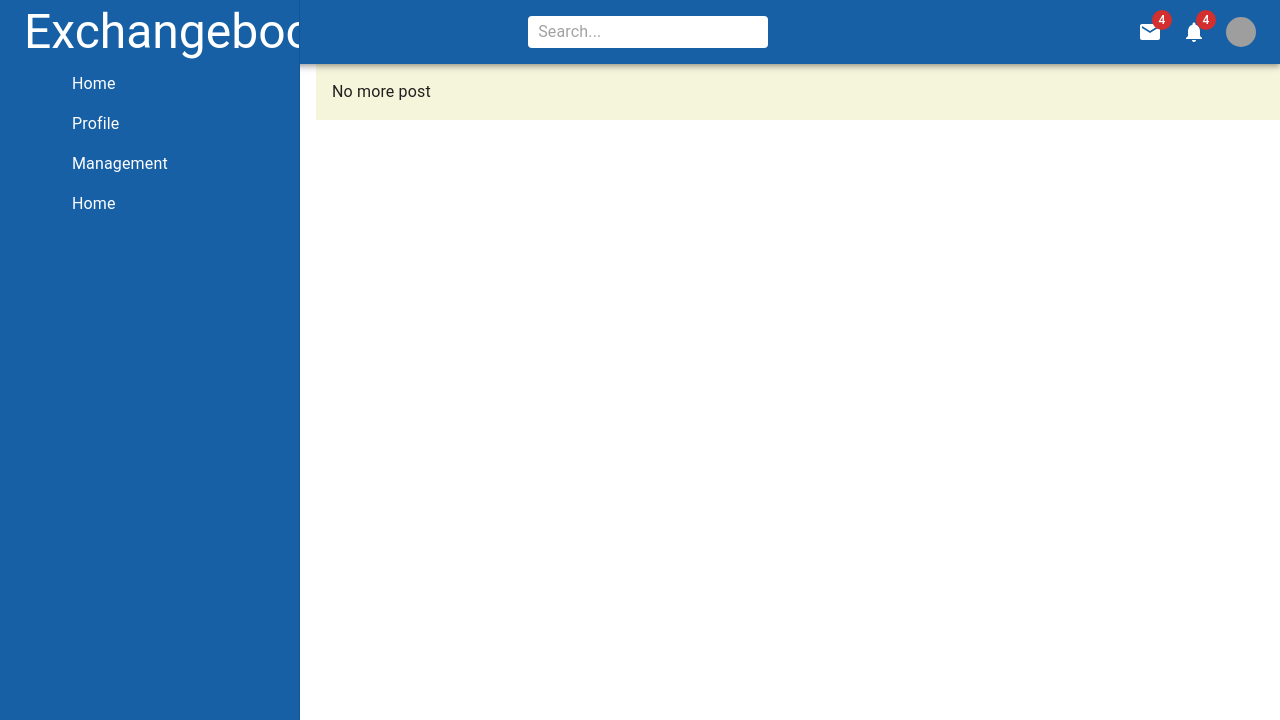
Repository: TrangPhuongLam07/exchangebookfrontend
Page: /
The author's editor kept a copy of each file at every save. The page is drawn from the files as they stood at one save, then again after the next save.
The browser window is 1280 px wide. The pictures show the whole page.
Pictures or frames that could not be fetched are drawn as grey boxes. The page's requests for data from a server got no answer. The project was rebuilt for these pictures with package versions that can differ from the ones it lists, and the page was loaded fresh each time. Some packages were replaced by stand-ins written for this rebuild. No one was signed in, and anything a server would have sent is missing. Also part of the build but not shown: craco.config.js, src/components/post/index.js. Imported but missing from the stored project, and not drawn on this page: src/pages/management/add-post, src/pages/management/update-post.

Above is the page before, as saved 2023-08-01 17:52:23.

### src/index.js
import ReactDOM from "react-dom/client";
import React from "react";
import config from "./config";
import App from "./App";
import { ThemeProvider } from "@mui/material";
import "./index.css";
const root = ReactDOM.createRoot(document.getElementById("root"));

root.render(
  <React.StrictMode>
    <ThemeProvider theme={config.theme}>
      <App />
    </ThemeProvider>
  </React.StrictMode>
);

### src/config/index.js
import routes from "./routes";
import theme from "./theme";
const config = {
  routes,
  theme,
};

export default config;

### src/App.js
import { ReactQueryDevtools } from "@tanstack/react-query-devtools";
import { QueryClient, QueryClientProvider } from "@tanstack/react-query";
import { privateRoutes, publicRoutes } from "~/routes";
import { Fragment, Suspense } from "react";
import { CssBaseline } from "@mui/material";
import { BrowserRouter as Router, Routes, Route } from "react-router-dom";
import { Toaster } from "react-hot-toast";
const queryClient = new QueryClient({
  defaultOptions: {
    queries: {
      refetchOnWindowFocus: false,
      refetchOnMount: false,
      refetchOnReconnect: false,
      retry: 1,
      staleTime: 5 * 1000,
    },
  },
});

function App() {
  return (
    <QueryClientProvider client={queryClient}>
      <CssBaseline />
      <Toaster
        toastOptions={{
          duration: 1500,
        }}
      />
      <Router>
        <Suspense fallback={<div>Loading...</div>}>
          <Routes>
            {publicRoutes.map((route, index) => {
              const Page = route.component;
              const Layout = route.layout || Fragment;
              return (
                <Route
                  key={index}
                  path={route.path}
                  element={
                    <Layout>
                      <Page />
                    </Layout>
                  }
                />
              );
            })}
            {privateRoutes.map((route, index) => {
              const Page = route.component;
              const Layout = route.layout || Fragment;
              const Role = route?.role;
              return (
                <Route
                  key={index}
                  path={route.path}
                  element={
                    <Layout>
                      <Page />
                    </Layout>
                  }
                />
              );
            })}
          </Routes>
        </Suspense>
      </Router>
      <ReactQueryDevtools initialIsOpen={false} />
    </QueryClientProvider>
  );
}

export default App;

### src/index.css
body {
  margin: 0;
  font-family: -apple-system, BlinkMacSystemFont, "Segoe UI", "Roboto", "Oxygen",
    "Ubuntu", "Cantarell", "Fira Sans", "Droid Sans", "Helvetica Neue",
    sans-serif;
  -webkit-font-smoothing: antialiased;
  -moz-osx-font-smoothing: grayscale;
}

code {
  font-family: source-code-pro, Menlo, Monaco, Consolas, "Courier New",
    monospace;
}
img {
  max-width: 100%;
  object-fit: cover;
}

### src/config/routes.js
const routes = {
  home: "/",
  management: {
    management: "/management",
    add: "/management/add",
    update: "/management/update/:id",
    transaction: "/management/transaction",
    profile: "/management/profile",
  },
};
export default routes;

### src/config/theme.js
import { createTheme } from "@mui/material";
const theme = createTheme({
  palette: {
    primary: {
      main: "#1760A5",
      light: "skyblue",
    },
    secondary: {
      main: "#15C630",
    },
  },
});
export default theme;

### src/routes/index.js
import config from "~/config";
import { lazy } from "react";

const HomePage = lazy(() => import("~/pages/home"));
const AddPostPage = lazy(() => import("~/pages/management/add-post"));
const UpdatePostPage = lazy(() => import("~/pages/management/update-post"));
const ManagementPage = lazy(() => import("~/pages/management"));
const TransactionPage = lazy(() => import("~/pages/management/transaction"));

const ProfilePage = lazy(() => import("~/pages/management/profile"));

const DetailPage = lazy(() => import("~/pages/detail"));

const DefaultLayout = lazy(() => import("~/layouts/default"));
const ManagementLayout = lazy(() => import("~/layouts/management"));
const DetailLayout = lazy(() => import("~/layouts/detail"));

const publicRoutes = [
  {
    path: config.routes.home,
    component: HomePage,
    layout: DefaultLayout,
  },
];
const privateRoutes = [
  {
    path: config.routes.management.management,
    component: ManagementPage,
    layout: ManagementLayout,
  },
  {
    path: config.routes.management.add,
    component: AddPostPage,
    layout: ManagementLayout,
  },
  {
    path: config.routes.management.update,
    component: UpdatePostPage,
    layout: ManagementLayout,
  },
  {
    path: config.routes.management.profile,
    component: ProfilePage,
    layout: ManagementLayout,
  },
  {
    path: config.routes.management.transaction,
    component: TransactionPage,
    layout: ManagementLayout,
  },
  {
    path: config.routes.detailPage,
    component: DetailPage,
    layout: ManagementLayout,
  },
];

export { publicRoutes, privateRoutes };

### src/pages/home/index.js
import { useInfiniteQuery } from "@tanstack/react-query";
import { useCallback, useEffect, useId, useRef, useState } from "react";
import Feed from "~/components/feed";
import Post from "~/components/post";
import { postService } from "~/services";
const HomePage = () => {
  const uuid = useId();
  const [lastPostId, setLastPostId] = useState();
  const { data, isFetchingNextPage, error, fetchNextPage, hasNextPage } =
    useInfiniteQuery({
      queryKey: ["posts"],
      queryFn: postService.getAll,
      getNextPageParam: (lastPage, allPages) => {
        return allPages.length < 3 && allPages.length + 1;
      },
      getPreviousPageParam: (firstPage, allPages) => firstPage.prevCursor,
    });
  const intObserver = useRef();
  const lastPostRef = useCallback(
    (post) => {
      if (isFetchingNextPage) return;
      intObserver.current && intObserver.current.disconnect();
      intObserver.current = new IntersectionObserver((post) => {
        if (post[0].isIntersecting && hasNextPage) fetchNextPage();
      });
      post && intObserver.current.observe(post);
    },
    [isFetchingNextPage, fetchNextPage, hasNextPage]
  );

  if (error) return <>Error: {error.message}</>;
  return (
    <Feed>
      {data?.pages.map((page) => {
        return page.map((post, i) => {
          // if (data?.pages.length - 1 === i) {
          //   return <Post key={uuid} ref={lastPostRef} post={post} />;
          // }
          return (
            <Post
              key={i}
              post={post}
              ref={data?.pages.length - 1 === i ? lastPostRef : null}
            />
          );
        });
      })}
      {!hasNextPage && "No more post"}
    </Feed>
  );
};

export default HomePage;

### src/layouts/default/index.js
import { Box, Stack } from "@mui/material";
import AddPostBtn from "~/components/buttons/add-btn";
import Header from "~/components/header";
import Sidebar from "~/components/sidebar";

const DefaultLayout = ({ children }) => {
  return (
    <Box>
      <Header />
      <Stack direction="row" spacing={2} justifyContent="space-between">
        <Sidebar />
        {children}
        {/* <Feed /> */}
      </Stack>
      <AddPostBtn />
    </Box>
  );
};

export default DefaultLayout;

### src/components/feed/index.js
import { Box } from "@mui/material";

const Feed = ({ children }) => {
  return (
    <Box bgcolor="beige" flex={5} p={2}>
      {children}
    </Box>
  );
};

export default Feed;

### src/services/index.js
export * as categoryService from "./categoryService";
export * as postService from "./postService";
export * as userService from "./userService";

### src/components/buttons/add-btn/index.js
import {
  Avatar,
  Box,
  Button,
  ButtonGroup,
  Fab,
  Modal,
  TextField,
  Tooltip,
  Typography,
  styled,
} from "@mui/material";
import { Add as AddIcon } from "@mui/icons-material";
import { useState } from "react";
const AddPostBtn = () => {
  const [open, setOpen] = useState(false);
  const handleClose = () => setOpen(false);

  const StyledModal = styled(Modal)({
    display: "flex",
    alignItems: "center",
    justifyContent: "center",
  });
  const UserBox = styled(Box)({
    display: "flex",
    alignItems: "center",
    gap: "10px",
    marginBottom: "20px",
  });
  return (
    <Box>
      <Tooltip
        onClick={() => setOpen(true)}
        title="Add post"
        sx={{
          position: "fixed",
          bottom: 20,
          left: { xs: "calc(50% - 25px)", md: 30 },
        }}
      >
        <Fab color="primary" aria-label="Add">
          <AddIcon />
        </Fab>
      </Tooltip>
      <StyledModal open={open} onClose={handleClose}>
        <Box width={500} height={350} p={3} borderRadius={4} bgcolor="white">
          <Typography variant="h6" color="gray" textAlign="center">
            Create post
          </Typography>
          <UserBox>
            <Avatar
              src="https://source.unsplash.com/random"
              sx={{ width: 30, height: 30 }}
            />
            <Typography fontWeight={500} variant="span">
              Kienthuc
            </Typography>
          </UserBox>
          <TextField
            multiline
            rows={4}
            placeholder="What's in your mind"
            variant="standard"
            sx={{
              width: "100%",
            }}
          />
          <ButtonGroup fullWidth variant="contained" sx={{ marginTop: 3 }}>
            <Button>Post</Button>
          </ButtonGroup>
        </Box>
      </StyledModal>
    </Box>
  );
};

export default AddPostBtn;

### src/components/header/index.js
import { Pets, Mail, Notifications } from "@mui/icons-material";
import {
  AppBar,
  Typography,
  Box,
  Toolbar,
  InputBase,
  Badge,
  styled,
  Avatar,
  Menu,
  MenuItem,
} from "@mui/material";
import { useState } from "react";
import { useNavigate } from "react-router-dom";

const Header = () => {
  const [open, setOpen] = useState(false);
  const navigate = useNavigate();
  const handleToggle = () => {
    setOpen(!open);
  };

  const StyledToobar = styled(Toolbar)({
    display: "flex",
    justifyContent: "space-between",
  });
  const Search = styled("div")(({ theme }) => ({
    background: "white",
    padding: "0 10px",
    borderRadius: theme.shape.borderRadius,
  }));
  const Icons = styled(Box)(({ theme }) => ({
    display: "none",
    alignItems: "center",
    gap: "20px",
    [theme.breakpoints.up("sm")]: {
      display: "flex",
    },
  }));
  const UserBox = styled(Box)(({ theme }) => ({
    display: "flex",
    alignItems: "center",
    gap: "10px",
    [theme.breakpoints.up("sm")]: {
      display: "none",
    },
  }));
  return (
    <AppBar position="sticky">
      <StyledToobar>
        <Typography
          variant="h6"
          sx={{
            display: { xs: "none", sm: "block" },
          }}
        >
          ExchangeBook
        </Typography>
        <Pets
          sx={{
            display: { xs: "block", sm: "none" },
          }}
        />
        <Search>
          <InputBase placeholder="Search..." />
        </Search>
        <Icons>
          <Badge badgeContent={4} color="error">
            <Mail />
          </Badge>
          <Badge badgeContent={4} color="error">
            <Notifications />
          </Badge>
          <Avatar
            sx={{ width: 30, height: 30 }}
            src="https://source.unsplash.com/random"
            onClick={handleToggle}
          />
        </Icons>
        <UserBox onClick={handleToggle}>
          <Avatar
            sx={{ width: 30, height: 30 }}
            src="https://source.unsplash.com/random"
          />
        </UserBox>
        <Menu
          id="menu"
          aria-aria-labelledby="demo"
          open={open}
          onClose={() => setOpen(false)}
          anchorOrigin={{
            vertical: "top",
            horizontal: "right",
          }}
          transformOrigin={{
            vertical: "top",
            horizontal: "right",
          }}
        >
          <MenuItem
            onClick={() => navigate("/management/profile", { replace: true })}
          >
            Profile
          </MenuItem>
          <MenuItem>My account</MenuItem>
          <MenuItem>Logout</MenuItem>
        </Menu>
      </StyledToobar>
    </AppBar>
  );
};

export default Header;

### src/components/sidebar/index.js
import { Home, ModeNight } from "@mui/icons-material";
import {
  Box,
  List,
  ListItem,
  ListItemIcon,
  ListItemText,
  Switch,
  styled,
  Drawer,
  ListItemButton,
  Toolbar,
  Stack,
  Typography,
} from "@mui/material";
import { Link } from "react-router-dom";
import theme from "~/config/theme";
const Sidebar = () => {
  const StyledLink = styled(Link)({
    display: "flex",
    alignItems: "center",
    width: "100%",
    padding: "10px 20px",
    rowGap: 5,
  });

  return (
    // <Box
    //   flex={1}
    //   position="relative"
    //   p={2}
    //   sx={{
    //     display: { xs: "none", sm: "block" },
    //   }}
    // >
    //   <Box position="fixed" width={1 / 8}>
    //     <List>
    //       <ListItem>
    //         <StyledLink to="/">
    //           <ListItemIcon>
    //             <Home />
    //           </ListItemIcon>
    //           <ListItemText primary="Home" />
    //         </StyledLink>
    //       </ListItem>
    //       <ListItem>
    //         <StyledLink to="/management">
    //           <ListItemIcon>
    //             <Home />
    //           </ListItemIcon>
    //           <ListItemText primary="Management" />
    //         </StyledLink>
    //       </ListItem>
    //       <ListItem>
    //         <StyledLink to="/management/add">
    //           <ListItemIcon>
    //             <Home />
    //           </ListItemIcon>
    //           <ListItemText primary="Add" />
    //         </StyledLink>
    //       </ListItem>
    //       <ListItem>
    //         <StyledLink to="/management/transaction">
    //           <ListItemIcon>
    //             <Home />
    //           </ListItemIcon>
    //           <ListItemText primary="Transaction" />
    //         </StyledLink>
    //       </ListItem>
    //       <ListItem>
    //         <ListItemIcon>
    //           <ModeNight />
    //           <Switch />
    //         </ListItemIcon>
    //       </ListItem>
    //     </List>
    //   </Box>
    // </Box>
    <Drawer
      variant="permanent"
      sx={{
        width: 300,
        flexShrink: 0,
        "& .MuiDrawer-paper": {
          width: 300,
          boxSizing: "border-box",
          backgroundColor: theme.palette.primary.main,
          color: "white",
        },
      }}
    >
      <List disablePadding>
        <Toolbar>
          <Stack
            sx={{
              width: "100%",
              direction: "row",
              justifyContent: "center",
              textAlign: "center",
            }}
          >
            <Typography variant="h3">Exchangebook</Typography>
          </Stack>
        </Toolbar>
        <ListItemButton>
          <ListItemIcon></ListItemIcon>
          Home
        </ListItemButton>
        <ListItemButton>
          <ListItemIcon></ListItemIcon>
          Profile
        </ListItemButton>
        <ListItemButton>
          <ListItemIcon></ListItemIcon>
          Management
        </ListItemButton>
        <ListItemButton>
          <ListItemIcon></ListItemIcon>
          Home
        </ListItemButton>
      </List>
    </Drawer>
  );
};

export default Sidebar;

### src/services/categoryService.js
import httpRequest from "~/utils/httpRequest";

export const findById = async (id) => {
  try {
    const res = await httpRequest.get(`/posts/${id}`);
    return res.data;
  } catch (error) {
    console.log(error);
  }
};
export const findAll = async () => {
  try {
    const res = await httpRequest.get("/categories");
    return res.data;
  } catch (error) {
    console.log(error);
  }
};

### src/services/postService.js
import httpRequest from "~/utils/httpRequest";
const REQUEST = "/posts";

export const create = async (data) =>
  httpRequest.post(REQUEST, data, {
    headers: {
      "Content-Type": "multipart/form-data",
    },
  });
export const getOne = async (id) => {
  try {
    const res = await httpRequest.get(REQUEST + `/${id}`);
    return res.data;
  } catch (error) {}
};
export const getAll = async ({ pageParam = 1 }, page = 1) => {
  console.log(pageParam, page);
  try {
    const res = await httpRequest.get(
      `${REQUEST}?page=${page}&size=${pageParam}`
    );
    return res.data.postsResponses;
  } catch (error) {
    console.log(error);
  }
};
export const updateOne = async (id, data) => {
  try {
    const res = await httpRequest.put(`${REQUEST}/${id}`, data, {
      headers: {
        "Content-Type": "multipart/form-data",
      },
    });
    return res.data;
  } catch (error) {
    console.log(error);
  }
};
export const deleteOne = async (id) => {
  try {
    const res = await httpRequest.delete(`${REQUEST}/${id}`);
    return res.data;
  } catch (error) {
    console.log(error);
  }
};

### src/services/userService.js
import httpRequest from "~/utils/httpRequest";
const REQUEST = "/posts";

export const update = async (data) =>
  httpRequest.post(REQUEST, data, {
    headers: {
      "Content-Type": "multipart/form-data",
    },
  });

### src/utils/httpRequest.js
import axios from "axios";

const httpRequest = axios.create({
  baseURL: process.env.REACT_APP_BASE_API,
});

export const get = async (path, options = {}) => {
  const response = await httpRequest.get(path, options);
  return response.data;
};
export const post = async (path, data, options = {}) => {
  const response = await httpRequest.post(path, data, options);
  return response.data;
};
export const put = async (path, data, options = {}) => {
  const response = await httpRequest.put(path, data, options);
  return response.data;
};
export const remove = async (path, options = {}) => {
  const response = await httpRequest.delete(path, options);
  return response.data;
};
export default httpRequest;

Loaded but not shown: public/index.html (common file)

After the next save:
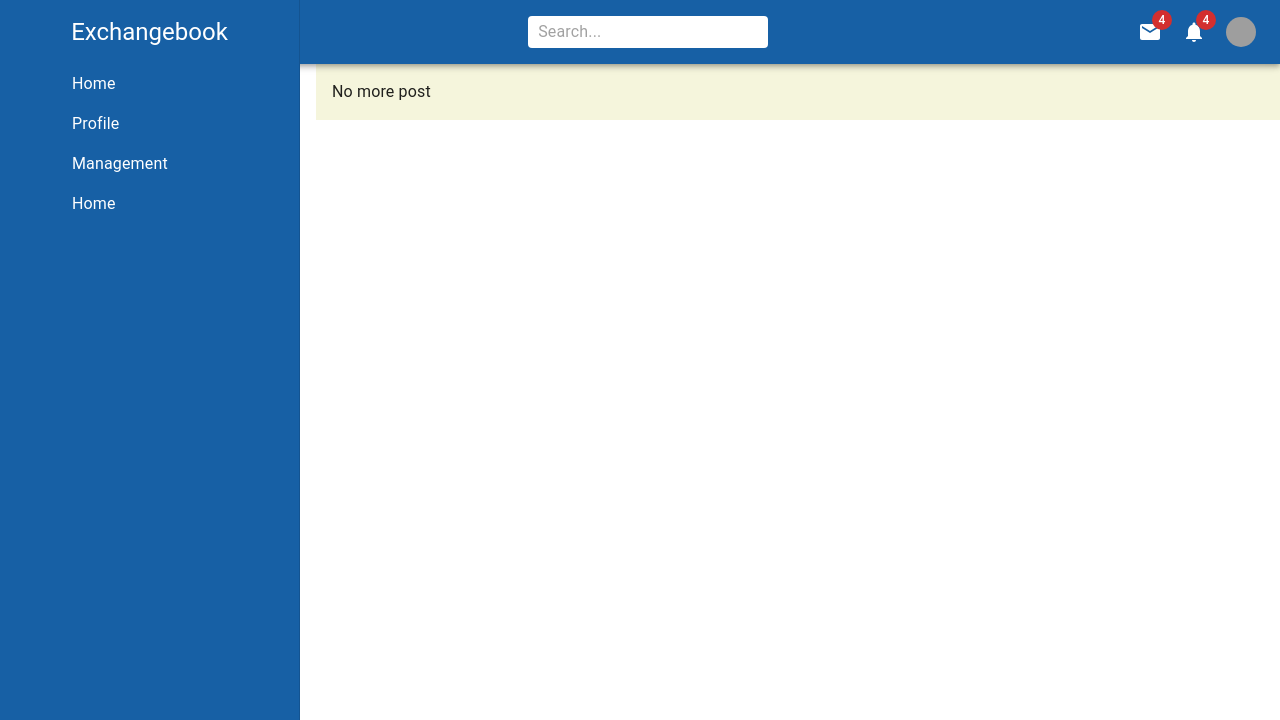
Saved 1 s later.
--- a/src/components/sidebar/index.js
+++ b/src/components/sidebar/index.js
@@ -99,7 +99,7 @@ const Sidebar = () => {
               textAlign: "center",
             }}
           >
-            <Typography variant="h3">Exchangebook</Typography>
+            <Typography variant="h5">Exchangebook</Typography>
           </Stack>
         </Toolbar>
         <ListItemButton>
